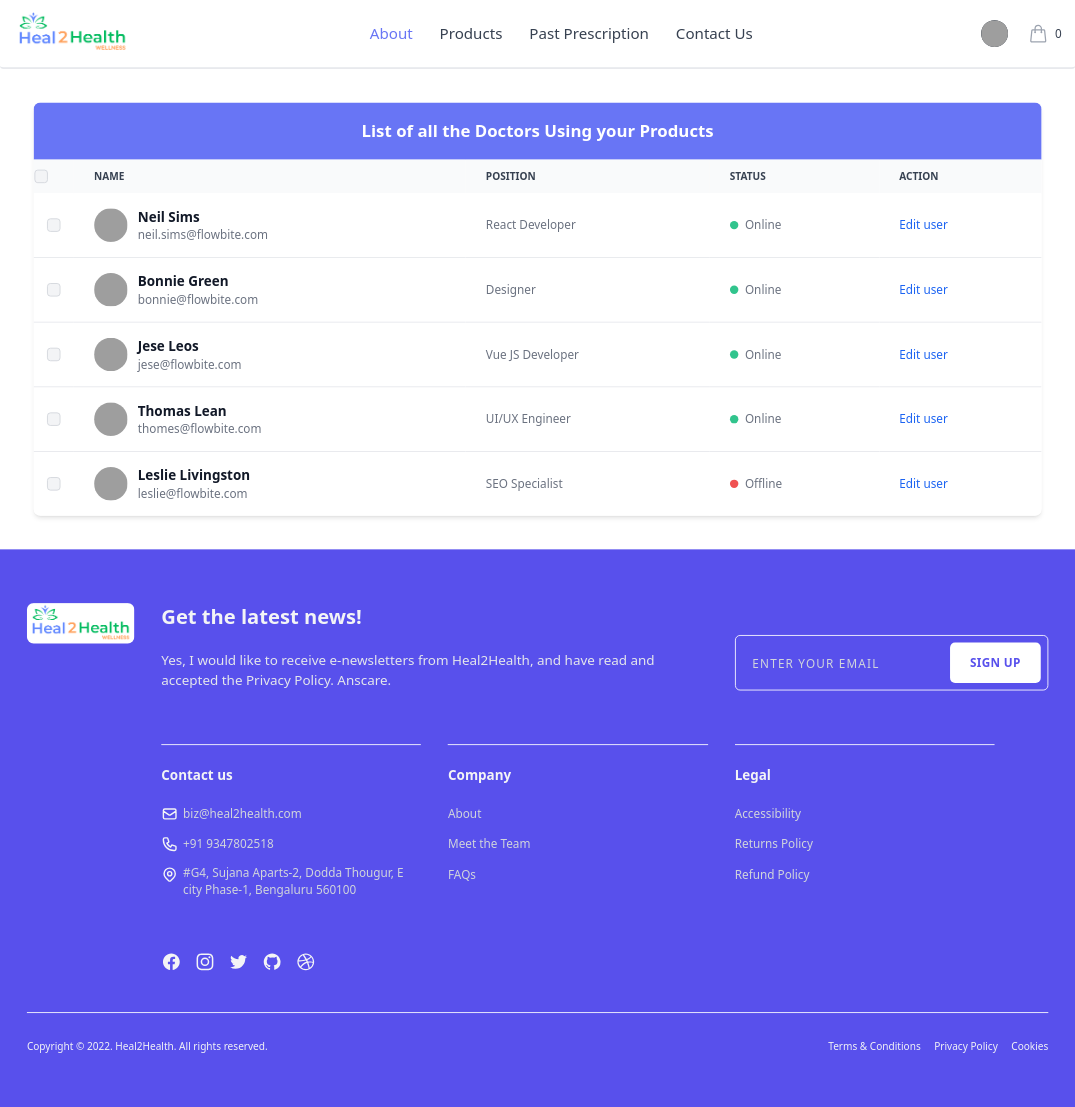
Repository: Akash123-coder/H2H
Page: /dealer (app in Frontend/)
The author's editor kept a copy of each file at every save. The page is drawn from the files as they stood at one save, then again after the next save.
The browser window is 1280 px wide. The pictures show the whole page, at 84% of full size.
Pictures or frames that could not be fetched are drawn as grey boxes. The project was rebuilt for these pictures with package versions that can differ from the ones it lists, and the page was loaded fresh each time. Also part of the build but not shown: Frontend/vite.config.ts, Frontend/src/pages/About.tsx, Frontend/src/components/Cta.jsx, Frontend/src/pages/Home.jsx, Frontend/src/components/Product.tsx, Frontend/src/components/Select.jsx, Frontend/src/components/CompanySelect.jsx, Frontend/src/pages/Prescription.jsx and 7 more.

Above is the page before, as saved 2022-10-12 12:00:10.

### Frontend/index.html
<!DOCTYPE html>
<html lang="en">
  <head>
    <meta charset="UTF-8" />
    <link rel="icon" type="image/svg+xml" href="/vite.svg" />
    <meta name="viewport" content="width=device-width, initial-scale=1.0" />
    <title>Heal2Health</title>
  </head>
  <body>
    <div id="root"></div>
    <script type="module" src="/src/main.tsx"></script>
  </body>
</html>

### Frontend/src/main.tsx
import React from 'react'
import ReactDOM from 'react-dom/client'
import App from './App'
import './index.css'
import {BrowserRouter} from 'react-router-dom'

ReactDOM.createRoot(document.getElementById('root') as HTMLElement).render(
  <React.StrictMode>
    <BrowserRouter>
    <App />
    </BrowserRouter>
  </React.StrictMode>
)

### Frontend/src/App.jsx
import { Routes, Route } from "react-router-dom";
import Navbar from "./components/Navbar.jsx";
import { ShoppingCartProvider } from "./context/ShoppingCartContext";
import About from "./pages/About";
import Home from "./pages/Home";
import Prescription from "./pages/Prescription";
import SignUp from "./pages/SignUp";
import Footer from "./components/Footer";
import Login from "./pages/Login";
import PastPrescription from "./pages/PastPrescription.jsx";

import ProductPage from "./pages/ProductPage.jsx";
import DealerPage from "./pages/DealerPage.jsx";

function App() {
  return (
    <ShoppingCartProvider>
      <Navbar />
      <Routes>
        <Route path="/" element={<Home />} />
        <Route path="/prescription" element={<Prescription />} />
        <Route path="/about" element={<About />} />
        <Route path="/login" element={<Login />} />
        <Route path="/SignUp" element={<SignUp />} />
        <Route path="/pastprescription" element={<PastPrescription />} />
        <Route path="/ProductPage" element={<ProductPage />} />
        <Route path="/dealer" element={<DealerPage />} />
        {/* <Route path="/SignUp" element={<CompanyNameSelect />} /> */}
      </Routes>
      <Footer />
    </ShoppingCartProvider>
  );
}

export default App;

### Frontend/src/context/ShoppingCartContext.tsx
import {useContext ,useState, createContext ,ReactNode} from 'react'

const ShoppingCartContext = createContext({})

type ShoppingCartProviderProps ={
    children: ReactNode
}
type CartItem = {
    id: number
    quantity:number
}


type ShoppingCartContext ={
    CartQuantity:number
    CartItems:CartItem[]
    getItemQuantity:(id: number) => number
    increaseItemQuantity:(id: number) => void
    decreaseItemQuantity:(id: number) => void
    removeFromCart:(id: number) => void
}

export function useShoppingCart() {
  return ( useContext(ShoppingCartContext)
  )
}

export function ShoppingCartProvider({children}:ShoppingCartProviderProps){
    const [cartItems ,setCartItems] = useState<CartItem>([]);

    const CartQuantity = cartItems.reduce(
        (quantity ,item) => item.quantity + quantity,0
    )

    function getItemQuantity(id : number){
        return cartItems.find( item => item.id === id)?.quantity || 0
    }
    function increaseItemQuantity(id : number){
         setCartItems(currItems =>{
            if(currItems.find(item => item.id === id)==null){
                return [...currItems, {id , quantity : 1}]

            } else {
                return currItems.map(item =>{
                    if(item.id === id ){
                        return {...item ,quantity: item.quantity + 1}
                    }else{
                        return item
                    }
                })
            }
         })
    }
    function decreaseItemQuantity(id: number) {
        setCartItems(currItems => {
          if (currItems.find(item => item.id === id)?.quantity === 1) {
            return currItems.filter(item => item.id !== id)
          } else {
            return currItems.map(item => {
              if (item.id === id) {
                return { ...item, quantity: item.quantity - 1 }
              } else {
                return item
              }
            })
          }
        })
      }
    function removeFromCart(id : number){
        setCartItems(currItems =>{
            return currItems.filter(item =>item.id!==id)
        })
    }
    return (

        <ShoppingCartContext.Provider value = {{getItemQuantity,increaseItemQuantity,decreaseItemQuantity ,removeFromCart,cartItems,CartQuantity}}>
            {children}
        </ShoppingCartContext.Provider>
    )
}

### Frontend/src/pages/DealerPage.jsx
import React from 'react'
import List from '../components/List'

function DealerPage() {
  return (
    <div>
        <div className="p-10">
        <List/>
        </div>
    </div>
  )
}

export default DealerPage

### Frontend/src/components/List.jsx
import React from 'react'

function List() {
  return (
    <div>

<div className="overflow-x-auto relative shadow-md sm:rounded-lg">
    <div className="py-5 w-full text-center text-white bg-indigo-500 text-xl font-bold">
        <p>List of all the Doctors Using your Products</p>
    </div>
    <table className="w-full text-sm text-left text-gray-500 dark:text-gray-400">
        <thead className="text-xs text-gray-700 uppercase bg-gray-50 dark:bg-gray-700 dark:text-gray-400">
            <tr>
                <th scope="col" classNameName="p-4">
                    <div className="flex items-center">
                        <input id="checkbox-all-search" type="checkbox" className="w-4 h-4 text-blue-600 bg-gray-100 rounded border-gray-300 focus:ring-blue-500 dark:focus:ring-blue-600 dark:ring-offset-gray-800 focus:ring-2 dark:bg-gray-700 dark:border-gray-600"/>
                        <label for="checkbox-all-search" className="sr-only">checkbox</label>
                    </div>
                </th>
                <th scope="col" className="py-3 px-6">
                    Name
                </th>
                <th scope="col" className="py-3 px-6">
                    Position
                </th>
                <th scope="col" className="py-3 px-6">
                    Status
                </th>
                <th scope="col" className="py-3 px-6">
                    Action
                </th>
            </tr>
        </thead>
        <tbody>
            <tr className="bg-white border-b dark:bg-gray-800 dark:border-gray-700 hover:bg-gray-50 dark:hover:bg-gray-600">
                <td className="p-4 w-4">
                    <div className="flex items-center">
                        <input id="checkbox-table-search-1" type="checkbox" className="w-4 h-4 text-blue-600 bg-gray-100 rounded border-gray-300 focus:ring-blue-500 dark:focus:ring-blue-600 dark:ring-offset-gray-800 focus:ring-2 dark:bg-gray-700 dark:border-gray-600"/>
                        <label for="checkbox-table-search-1" className="sr-only">checkbox</label>
                    </div>
                </td>
                <th scope="row" className="flex items-center py-4 px-6 text-gray-900 whitespace-nowrap dark:text-white">
                    <img className="w-10 h-10 rounded-full" src="http://begmetobuyit.com/application/css/images/noImage.jpg" alt="Jese image"/>
                    <div className="pl-3">
                        <div className="text-base font-semibold">Neil Sims</div>
                        <div className="font-normal text-gray-500">neil.sims@flowbite.com</div>
                    </div>
                </th>
                <td className="py-4 px-6">
                    React Developer
                </td>
                <td className="py-4 px-6">
                    <div className="flex items-center">
                        <div className="h-2.5 w-2.5 rounded-full bg-green-400 mr-2"></div> Online
                    </div>
                </td>
                <td className="py-4 px-6">
                    <a href="#" className="font-medium text-blue-600 dark:text-blue-500 hover:underline">Edit user</a>
                </td>
            </tr>
            <tr className="bg-white border-b dark:bg-gray-800 dark:border-gray-700 hover:bg-gray-50 dark:hover:bg-gray-600">
                <td className="p-4 w-4">
                    <div className="flex items-center">
                        <input id="checkbox-table-search-2" type="checkbox" className="w-4 h-4 text-blue-600 bg-gray-100 rounded border-gray-300 focus:ring-blue-500 dark:focus:ring-blue-600 dark:ring-offset-gray-800 focus:ring-2 dark:bg-gray-700 dark:border-gray-600"/>
                        <label for="checkbox-table-search-2" className="sr-only">checkbox</label>
                    </div>
                </td>
                <th scope="row" className="flex items-center py-4 px-6 font-medium text-gray-900 whitespace-nowrap dark:text-white">
                    <img className="w-10 h-10 rounded-full" src="http://begmetobuyit.com/application/css/images/noImage.jpg" alt="Jese image"/>
                    <div className="pl-3">
                        <div className="text-base font-semibold">Bonnie Green</div>
                        <div className="font-normal text-gray-500">bonnie@flowbite.com</div>
                    </div>
                </th>
                <td className="py-4 px-6">
                    Designer
                </td>
                <td className="py-4 px-6">
                    <div className="flex items-center">
                        <div className="h-2.5 w-2.5 rounded-full bg-green-400 mr-2"></div> Online
                    </div>
                </td>
                <td className="py-4 px-6">
                    <a href="#" className="font-medium text-blue-600 dark:text-blue-500 hover:underline">Edit user</a>
                </td>
            </tr>
            <tr className="bg-white border-b dark:bg-gray-800 dark:border-gray-700 hover:bg-gray-50 dark:hover:bg-gray-600">
                <td className="p-4 w-4">
                    <div className="flex items-center">
                        <input id="checkbox-table-search-2" type="checkbox" className="w-4 h-4 text-blue-600 bg-gray-100 rounded border-gray-300 focus:ring-blue-500 dark:focus:ring-blue-600 dark:ring-offset-gray-800 focus:ring-2 dark:bg-gray-700 dark:border-gray-600"/>
                        <label for="checkbox-table-search-2" className="sr-only">checkbox</label>
                    </div>
                </td>
                <th scope="row" className="flex items-center py-4 px-6 font-medium text-gray-900 whitespace-nowrap dark:text-white">
                    <img className="w-10 h-10 rounded-full" src="http://begmetobuyit.com/application/css/images/noImage.jpg" alt="Jese image"/>
                    <div className="pl-3">
                        <div className="text-base font-semibold">Jese Leos</div>
                        <div className="font-normal text-gray-500">jese@flowbite.com</div>
                    </div>
                </th>
                <td className="py-4 px-6">
                    Vue JS Developer
                </td>
                <td className="py-4 px-6">
                    <div className="flex items-center">
                        <div className="h-2.5 w-2.5 rounded-full bg-green-400 mr-2"></div> Online
                    </div>
                </td>
                <td className="py-4 px-6">
                    <a href="#" className="font-medium text-blue-600 dark:text-blue-500 hover:underline">Edit user</a>
                </td>
            </tr>
            <tr className="bg-white border-b dark:bg-gray-800 dark:border-gray-700 hover:bg-gray-50 dark:hover:bg-gray-600">
                <td className="p-4 w-4">
                    <div className="flex items-center">
                        <input id="checkbox-table-search-2" type="checkbox" className="w-4 h-4 text-blue-600 bg-gray-100 rounded border-gray-300 focus:ring-blue-500 dark:focus:ring-blue-600 dark:ring-offset-gray-800 focus:ring-2 dark:bg-gray-700 dark:border-gray-600"/>
                        <label for="checkbox-table-search-2" className="sr-only">checkbox</label>
                    </div>
                </td>
                <th scope="row" className="flex items-center py-4 px-6 font-medium text-gray-900 whitespace-nowrap dark:text-white">
                    <img className="w-10 h-10 rounded-full" src="http://begmetobuyit.com/application/css/images/noImage.jpg" alt="Jese image"/>
                    <div className="pl-3">
                        <div className="text-base font-semibold">Thomas Lean</div>
                        <div className="font-normal text-gray-500">thomes@flowbite.com</div>
                    </div>
                </th>
                <td className="py-4 px-6">
                    UI/UX Engineer
                </td>
                <td className="py-4 px-6">
                    <div className="flex items-center">
                        <div className="h-2.5 w-2.5 rounded-full bg-green-400 mr-2"></div> Online
                    </div>
                </td>
                <td className="py-4 px-6">
                    <a href="#" className="font-medium text-blue-600 dark:text-blue-500 hover:underline">Edit user</a>
                </td>
            </tr>
            <tr className="bg-white dark:bg-gray-800 hover:bg-gray-50 dark:hover:bg-gray-600">
                <td className="p-4 w-4">
                    <div className="flex items-center">
                        <input id="checkbox-table-search-3" type="checkbox" className="w-4 h-4 text-blue-600 bg-gray-100 rounded border-gray-300 focus:ring-blue-500 dark:focus:ring-blue-600 dark:ring-offset-gray-800 focus:ring-2 dark:bg-gray-700 dark:border-gray-600"/>
                        <label for="checkbox-table-search-3" className="sr-only">checkbox</label>
                    </div>
                </td>
                <th scope="row" className="flex items-center py-4 px-6 font-medium text-gray-900 whitespace-nowrap dark:text-white">
                    <img className="w-10 h-10 rounded-full" src="http://begmetobuyit.com/application/css/images/noImage.jpg" alt="Jese image"/>
                    <div className="pl-3">
                        <div className="text-base font-semibold">Leslie Livingston</div>
                        <div className="font-normal text-gray-500">leslie@flowbite.com</div>
                    </div>
                </th>
                <td className="py-4 px-6">
                    SEO Specialist
                </td>
                <td className="py-4 px-6">
                    <div className="flex items-center">
                        <div className="h-2.5 w-2.5 rounded-full bg-red-500 mr-2"></div> Offline
                    </div>
                </td>
                <td className="py-4 px-6">
                    <a href="#" className="font-medium text-blue-600 dark:text-blue-500 hover:underline">Edit user</a>
                </td>
            </tr>
        </tbody>
    </table>
</div>

    </div>
  )
}

export default List

### Frontend/tailwind.config.cjs
/** @type {import('tailwindcss').Config} */
module.exports = {
  content: [
    "./src/**/*.{js,jsx,ts,tsx}",
    "node_modules/flowbite-react/**/*.{js,jsx,ts,tsx}",
  ],
  theme: {
    extend: {},
  },
  plugins: [require("flowbite/plugin"), require("@tailwindcss/forms")],
};

Loaded but not shown: Frontend/src/index.css (common file); Frontend/src/components/Footer.jsx (300 lines, source omitted); Frontend/src/pages/Cart.jsx (227 lines, source omitted); Frontend/src/components/Navbar.jsx (181 lines, source omitted)

After the next save:
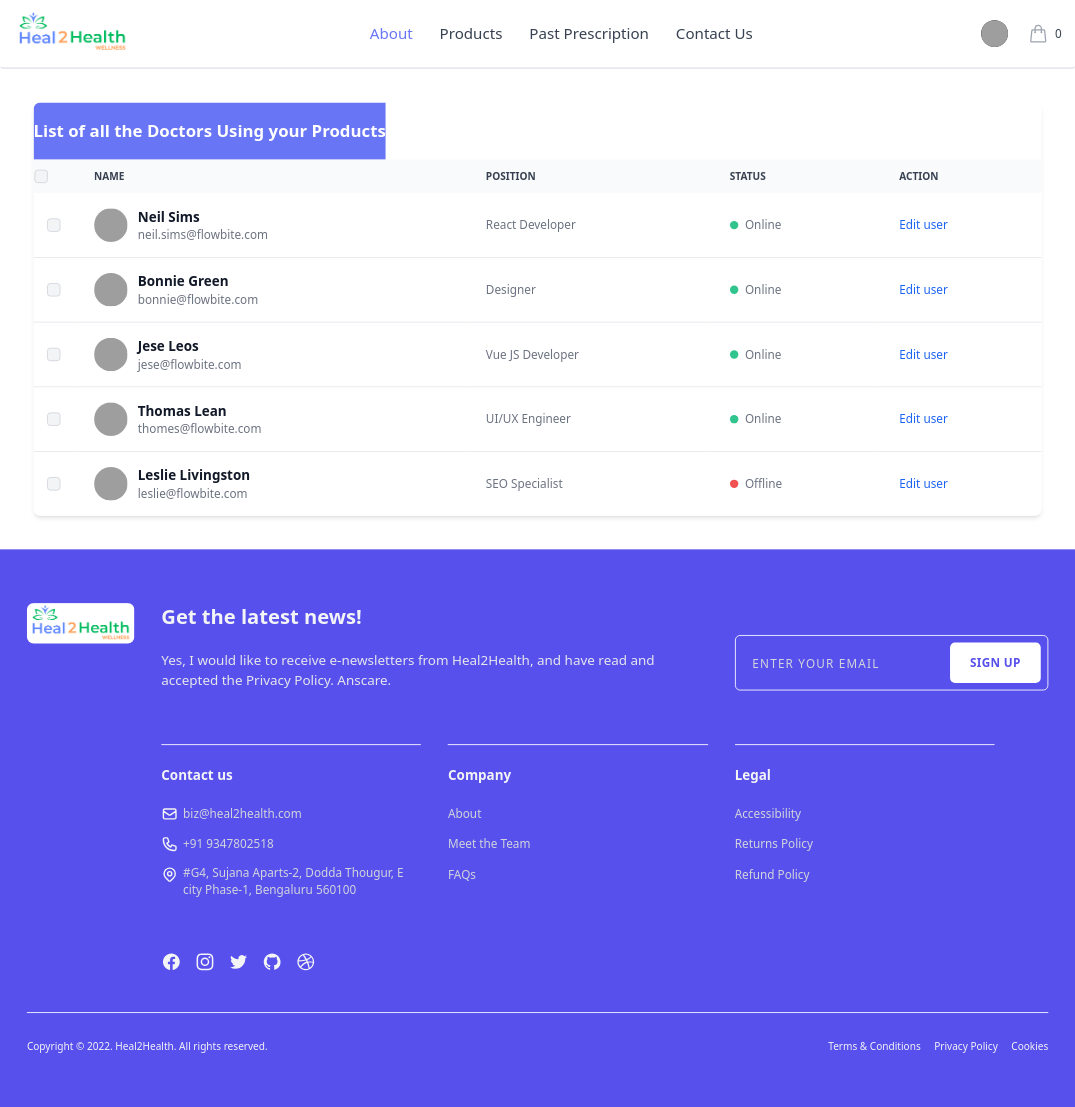
Saved 20 s later.
--- a/Frontend/src/components/List.jsx
+++ b/Frontend/src/components/List.jsx
@@ -5,7 +5,7 @@
     <div>
 
 <div className="overflow-x-auto relative shadow-md sm:rounded-lg">
-    <div className="py-5 w-full text-center text-white bg-indigo-500 text-xl font-bold">
+    <div className="py-5 w-fit text-center text-white bg-indigo-500 text-xl font-bold">
         <p>List of all the Doctors Using your Products</p>
     </div>
     <table className="w-full text-sm text-left text-gray-500 dark:text-gray-400">

After the save that followed:
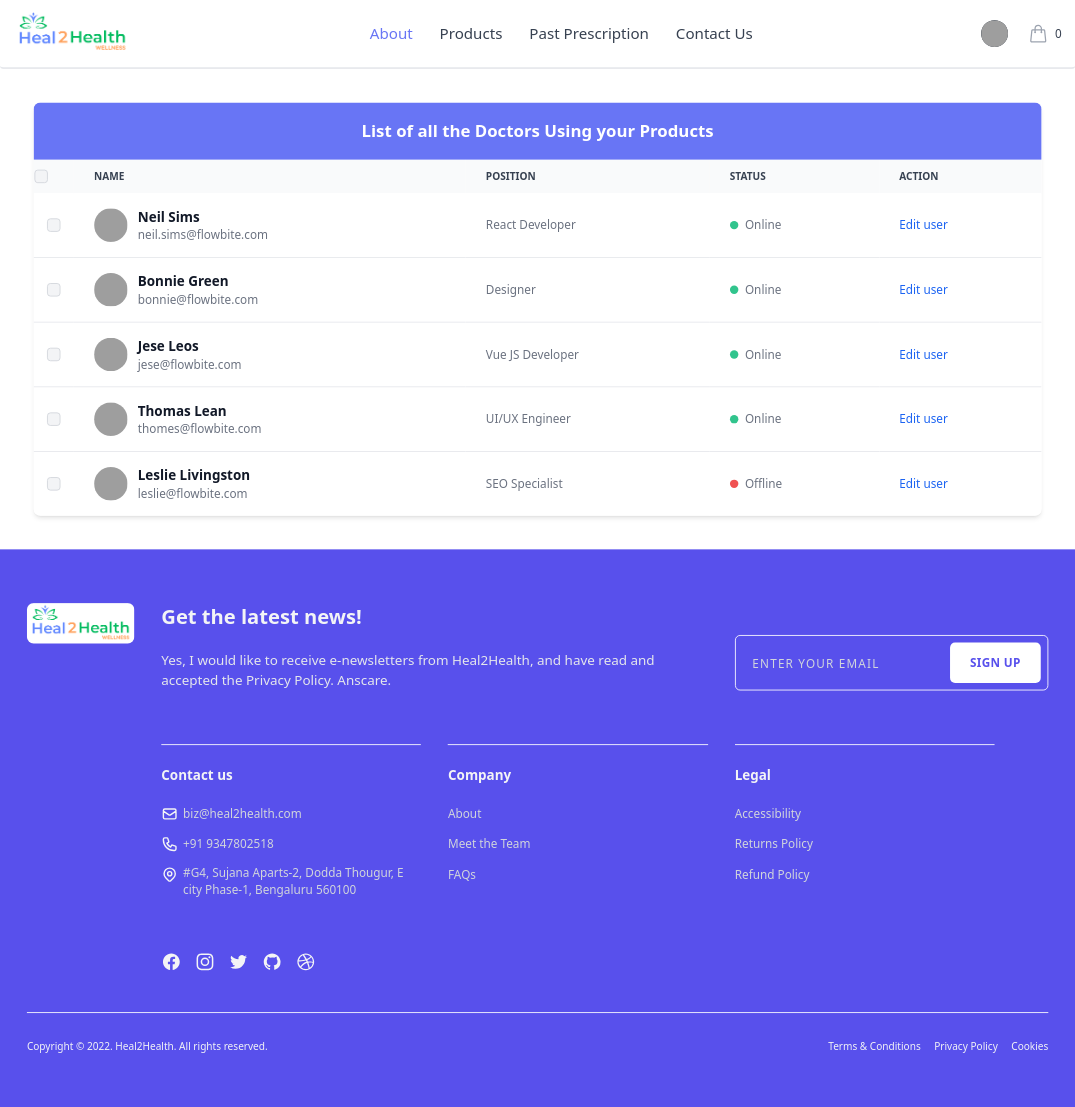
Saved 20 s later.
--- a/Frontend/src/components/List.jsx
+++ b/Frontend/src/components/List.jsx
@@ -5,7 +5,7 @@
     <div>
 
 <div className="overflow-x-auto relative shadow-md sm:rounded-lg">
-    <div className="py-5 w-fit text-center text-white bg-indigo-500 text-xl font-bold">
+    <div className="py-5 w-full sticky text-center text-white bg-indigo-500 text-xl font-bold">
         <p>List of all the Doctors Using your Products</p>
     </div>
     <table className="w-full text-sm text-left text-gray-500 dark:text-gray-400">
